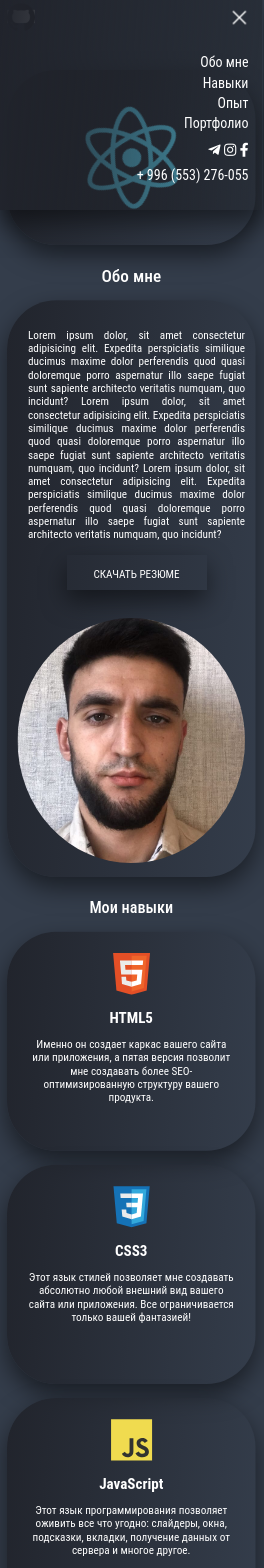
Repository: aligadzhiev0595/my-portfolio
Page: index.html
An editor plug-in stored every save of this project. The page is shown before and after the next save, followed by the edit.
The browser window is 375 px wide. The page is 377 px wide, so the pictures cover 377 px, including what lies to the right of the window. The pictures show the part of the page from y = 0 to 2240 px (the page is 5534 px tall), at 70% of full size.
After loading, the first visible `div.burger` was clicked once.
The style sheet was rebuilt from its Sass, Less or Tailwind sources for each picture, by a compiler version that may differ from the author's.

Above is the page before, as saved 2021-05-09 23:25:47.
Console error: TypeError: Cannot read properties of null (reading 'classList')

### index.html
<!DOCTYPE html>
<html lang="en">

<head>
  <meta charset="UTF-8">
  <meta name="viewport" content="width=device-width, initial-scale=1.0">
  <link rel="icon" href="./favicon-32x32.png" type="image/x-icon">
  <link rel="stylesheet" href="./src/css/style.css">
  <title>Portfolio</title>
</head>

<body data-mdb-spy="scroll" data-mdb-target="#scrollspy" data-mdb-offset="0">

  <header class="header fixed-top">
    <div class="container">
      <a href="https://github.com/hopetodie" class="header__brand" target="_blank">
        <img class="header__img" src="./src/image/header/GitHub-Mark-32px.png" alt="brand img-fluid">
      </a>
      <nav id="scrollspy" class="nav">
        <ul class="nav__list">
          <li class="nav__item">
            <a class="nav__link" href="#about-me">Обо мне</a>
          </li>
          <li class="nav__item">
            <a class="nav__link" href="#skills">Навыки</a>
          </li>
          <li class="nav__item">
            <a class="nav__link" href="#experience">Опыт</a>
          </li>
          <li class="nav__item">
            <a class="nav__link" href="#portfolio">Портфолио</a>
          </li>
        </ul>
        <ul class="nav__list flex-row justify-content-end">
          <li class="nav__item">
            <a class="nav__link" href="https://t.me/hopetodiex" target="_blank"><i
                class="fab fa-telegram-plane"></i></a>
          </li>
          <li class="nav__item">
            <a class="nav__link" href="https://www.instagram.com/ali.gadjiev05" target="_blank"><i
                class="fab fa-instagram"></i></a>
          </li>
          <li class="nav__item">
            <a class="nav__link" href="https://www.facebook.com/" target="_blank"><i class="fab fa-facebook-f"></i></a>
          </li>
        </ul>
        <a class="nav__phone text-end" href="tel:996553276055">+ 996 (553) 276-055 </a>
      </nav>
      <div class="burger">
        <span class="burger__line"></span>
      </div>
    </div>
  </header>
  <main>
    <section class="react-animation">
      <div class="container">
        <div class="row">
          <div class="col">
            <div class="wrapper">
              <img class="wrapper__logo" src="./src/image/react/logo.svg" alt="">
            </div>
          </div>
          <div class="col">
            <div class="wrapper">
              <img class="wrapper__logo" src="./src/image/react/logo.svg" alt="">
            </div>
          </div>
          <div class="col">
            <div class="wrapper">
              <img class="wrapper__logo" src="./src/image/react/logo.svg" alt="">
            </div>
          </div>
          <div class="col">
            <div class="wrapper">
              <img class="wrapper__logo" src="./src/image/react/logo.svg" alt="">
            </div>
          </div>
        </div>
      </div>
    </section>
    <section class="about-me" id='about-me'>
      <div class="container">
        <h2 class="about-me__title">Обо мне</h2>
        <div class="about-me__block">
          <div class="wrapper1 wrapper">

            <p class="wrapper__subtitle">
              Lorem ipsum dolor, sit amet consectetur adipisicing elit. Expedita perspiciatis similique ducimus maxime
              dolor perferendis quod quasi doloremque porro aspernatur illo saepe fugiat sunt sapiente architecto
              veritatis numquam, quo incidunt?
              Lorem ipsum dolor, sit amet consectetur adipisicing elit. Expedita perspiciatis similique ducimus maxime
              dolor perferendis quod quasi doloremque porro aspernatur illo saepe fugiat sunt sapiente architecto
              veritatis numquam, quo incidunt?
              Lorem ipsum dolor, sit amet consectetur adipisicing elit. Expedita perspiciatis similique ducimus maxime
              dolor perferendis quod quasi doloremque porro aspernatur illo saepe fugiat sunt sapiente architecto
              veritatis numquam, quo incidunt?

            </p>
            <a class="wrapper__btn mybtn" href="./src/image/resume/Resume.pdf" download>скачать резюме</a>
          </div>
          <div class="wrapper2 wrapper">
            <div class="wrapper__img">
              <img class="img" src="./src/image/about-me/E3rtKXwRQ_w.jpeg" alt="leo its me">
            </div>
          </div>

        </div>
      </div>
    </section>
    <section class="skills" id='skills'>
      <div class="container">
        <h3 class="skills__title">Мои навыки</h3>
        <div class="row">
          <div class="col col-sm-12 col-md-4 col-lg-4 col-xl-4 hover-zoom">
            <div class="wrapper">
              <img class="wrapper__img" src="./src/image/skills/html.svg" alt="">
              <h4 class="wrapper__title">HTML5</h4>
              <p class="wrapper__subtitle">Именно он создает каркас вашего сайта или приложения, а пятая версия позволит
                мне создавать более SEO-оптимизированную структуру вашего продукта.</p>
            </div>
          </div>
          <div class="col col-sm-12 col-md-4 col-lg-4 col-xl-4 hover-zoom">
            <div class="wrapper">
              <img class="wrapper__img" src="./src/image/skills/css3.svg" alt="">
              <h4 class="wrapper__title">CSS3</h4>
              <p class="wrapper__subtitle">Этот язык стилей позволяет мне создавать абсолютно любой внешний вид вашего
                сайта или приложения. Все ограничивается только вашей фантазией!</p>
            </div>
          </div>
          <div class="col col-sm-12 col-md-4 col-lg-4 col-xl-4 hover-zoom">
            <div class="wrapper">
              <img class="wrapper__img" src="./src/image/skills/javascript.svg" alt="">
              <h4 class="wrapper__title">JavaScript</h4>
              <p class="wrapper__subtitle">Этот язык программирования позволяет оживить все что угодно: слайдеры, окна,
                подсказки, вкладки, получение данных от сервера и многое другое.</p>
            </div>
          </div>
          <div class="col col-sm-12 col-md-4 col-lg-4 col-xl-4 hover-zoom">
            <div class="wrapper">
              <img class="wrapper__img" src="./src/image/skills/jquery.svg" alt="">
              <h4 class="wrapper__title">jQuery</h4>
              <p class="wrapper__subtitle">Библиотека Jquery позволит ускорить разработку. Без необходимости
                интегрировать в проект мы её не будем, но навык работы с ней присутствует.</p>
            </div>
          </div>
          <div class="col col-sm-12 col-md-4 col-lg-4 col-xl-4 hover-zoom">
            <div class="wrapper">
              <img class="wrapper__img" src="./src/image/skills/react.svg" alt="">
              <h4 class="wrapper__title">React</h4>
              <p class="wrapper__subtitle">Это декларативная, эффективная и гибкая JavaScript библиотека для создания
                пользовательских интерфейсов. Она позволяет вам собирать сложный UI из маленьких изолированных кусочков
                кода, называемых «компонентами».</p>
            </div>
          </div>
          <div class="col col-sm-12 col-md-4 col-lg-4 col-xl-4 hover-zoom">
            <div class="wrapper">
              <img class="wrapper__img" src="./src/image/skills/redux.svg" alt="">
              <h4 class="wrapper__title">Redux</h4>
              <p class="wrapper__subtitle">Это способ управления состоянием приложения. Она основана на нескольких
                концепциях, изучив которые, можно с лёгкостью решать проблемы с состоянием.</p>
            </div>
          </div>
        </div>
      </div>
    </section>
    <section class="experience" id='experience'>
      <div class="container">
        <h3 class="experience__title">Мой опыт</h3>
        <div class="row">
          <div class="col-12 col-sm-12 col-md-4 col-lg-4 col-xl-4 ">
            <div class="wrapper exp">
              <div class="wrapper__percent">
                <svg class="wrapper__svg">
                  <circle class="wrapper__svg-circle" cx='70' cy='70' r='70'></circle>
                  <circle class="wrapper__svg-circle" cx='70' cy='70' r='70'></circle>
                </svg>
                <div class="wrapper__number">
                  <h4 class="wrapper__titleH"> <span class="wrapper__span">%</span></h4>
                </div>
              </div>

              <div class="wrapper__text">
                <h5 class="wrapper__subtitleH">HTML5</h5>
              </div>
            </div>
          </div>
          <div class="col-12 col-sm-12 col-md-4 col-lg-4 col-xl-4">
            <div class="wrapper">
              <div class="wrapper__percent">
                <svg class="wrapper__svg">
                  <circle class="wrapper__svg-circleC" cx='70' cy='70' r='70'></circle>
                  <circle class="wrapper__svg-circleC" cx='70' cy='70' r='70'></circle>
                </svg>
                <div class="wrapper__number">
                  <h4 class="wrapper__titleC"> <span class="wrapper__span">%</span></h4>
                </div>
              </div>

              <div class="wrapper__text">
                <h5 class="wrapper__subtitleC">CSS3</h5>
              </div>
            </div>
          </div>
          <div class="col-12 col-sm-12 col-md-4 col-lg-4 col-xl-4">
            <div class="wrapper">
              <div class="wrapper__percent">
                <svg class="wrapper__svg">
                  <circle class="wrapper__svg-circleJs" cx='70' cy='70' r='70'></circle>
                  <circle class="wrapper__svg-circleJs" cx='70' cy='70' r='70'></circle>
                </svg>
                <div class="wrapper__number">
                  <h4 class="wrapper__titleJs"><span class="wrapper__span">%</span></h4>
                </div>
              </div>

              <div class="wrapper__text">
                <h5 class="wrapper__subtitleJs">jS</h5>
              </div>
            </div>
          </div>
          <div class="col-12 col-sm-12 col-md-4 col-lg-4 col-xl-4">
            <div class="wrapper">
              <div class="wrapper__percent">
                <svg class="wrapper__svg">
                  <circle class="wrapper__svg-circleJ" cx='70' cy='70' r='70'></circle>
                  <circle class="wrapper__svg-circleJ" cx='70' cy='70' r='70'></circle>
                </svg>
                <div class="wrapper__number">
                  <h4 class="wrapper__titleJ"><span class="wrapper__span">%</span></h4>
                </div>
              </div>

              <div class="wrapper__text">
                <h5 class="wrapper__subtitleJ">jQuery</h5>
              </div>
            </div>
          </div>
          <div class="col-12 col-sm-12 col-md-4 col-lg-4 col-xl-4">
            <div class="wrapper">
              <div class="wrapper__percent">
                <svg class="wrapper__svg">
                  <circle class="wrapper__svg-circleR" cx='70' cy='70' r='70'></circle>
                  <circle class="wrapper__svg-circleR" cx='70' cy='70' r='70'></circle>
                </svg>
                <div class="wrapper__number">
                  <h4 class="wrapper__titleR"><span class="wrapper__span">%</span></h4>
                </div>
              </div>

              <div class="wrapper__text">
                <h5 class="wrapper__subtitleR">React</h5>
              </div>
            </div>
          </div>
          <div class="col-12 col-sm-12 col-md-4 col-lg-4 col-xl-4">
            <div class="wrapper">
              <div class="wrapper__percent">
                <svg class="wrapper__svg">
                  <circle class="wrapper__svg-circleRe" cx='70' cy='70' r='70'></circle>
                  <circle class="wrapper__svg-circleRe" cx='70' cy='70' r='70'></circle>
                </svg>
                <div class="wrapper__number">
                  <h4 class="wrapper__titleRe"><span class="wrapper__span">%</span></h4>
                </div>
              </div>

              <div class="wrapper__text">
                <h5 class="wrapper__subtitleRe">Redux</h5>
              </div>
            </div>
          </div>
        </div>
      </div>
    </section>
    <section class="portfolio" id='portfolio'>
      <div class="container">
        <h2 class="portfolio__title">Мои работы</h2>
        <div id="carousel2">
          <figure id="spinner">
            <a href="https://hopetodie.github.io/store/" target="_blank">
              <img src="./src/image/portfolio/run.webp" alt="">
            </a>
            <a href="https://hopetodie.github.io/Game-store/" target="_blank">
              <img class="portfolio-carousel-item__img" src="./src/image/portfolio/game.webp" alt="">
            </a>
            <a href="https://hopetodie.github.io/carsharing/" target="_blank">
              <img class="portfolio-carousel-item__img" src="./src/image/portfolio/car.webp" alt="">
            </a>
            <a href="https://hopetodie.github.io/IT-studio/" target="_blank">
              <img class="portfolio-carousel-item__img" src="./src/image/portfolio/it.webp" alt="">
            </a>
            <a href="https://hopetodie.github.io/Cubaa/" target="_blank">
              <img class="portfolio-carousel-item__img " src="./src/image/portfolio/kubat.webp" alt="">
            </a>
            <a href="https://hopetodie.github.io/Game-store/" target="_blank">
              <img class="portfolio-carousel-item__img" src="./src/image/portfolio/game.webp" alt="">
            </a>
            <a href="https://hopetodie.github.io/store/" target="_blank">
              <img src="./src/image/portfolio/run.webp" alt="">
            </a>
            <a href="https://hopetodie.github.io/carsharing/" target="_blank">
              <img class="portfolio-carousel-item__img" src="./src/image/portfolio/car.webp" alt="">
            </a>


          </figure>
        </div>
        <span style="float:left" class="ss-icon" onclick="galleryspin('-')">&lt;</span>
        <span style="float:right" class="ss-icon" onclick="galleryspin('')">&gt;</span>
      </div>
    </section>
    <section class="carousel">
      <div class="container">
        <h2 class="carousel__title">Мои работы</h2>
        <div class="flex-wrapper">
          <div class="slider-wrapper">
            <div class="slide active">
              <a href="https://hopetodie.github.io/store/" target="_blank">
                <img src="./src/image/portfolio/run.webp" alt="">
              </a>
            </div>
            <div class="slide">
              <a href="https://hopetodie.github.io/Game-store/" target="_blank">
                <img class="portfolio-carousel-item__img" src="./src/image/portfolio/game.webp" alt="">
              </a>
            </div>
            <div class="slide">
              <a href="https://hopetodie.github.io/carsharing/" target="_blank">
                <img class="portfolio-carousel-item__img" src="./src/image/portfolio/car.webp" alt="">
              </a>
            </div>
            <div class="slide">
              <a href="https://hopetodie.github.io/IT-studio/" target="_blank">
                <img class="portfolio-carousel-item__img" src="./src/image/portfolio/it.webp" alt="">
              </a>
            </div>
            <div class="slide">
              <a href="https://hopetodie.github.io/Cubaa/" target="_blank">
                <img class="portfolio-carousel-item__img " src="./src/image/portfolio/kubat.webp" alt="">
              </a>
            </div>
            <div id="btn-prev"></div>
            <div id="btn-next"></div>
          </div>
        </div>
        <div class="dots-wrapper">
          <span class="dot active"></span>
          <span class="dot"></span>
          <span class="dot"></span>
          <span class="dot"></span>
          <span class="dot"></span>
        </div>
      </div>
    </section>
  </main>
  <footer class="footer">
    <span> © Все права защищены</span>
  </footer>
  <script src="./src/libs/jquery/jquery.min.js"></script>
  <script src="./src/libs/mdb-ui-kit/js/mdb.min.js"></script>
  <script src="./src/js/main.js"></script>
</body>

</html>

### src/css/style.scss
@import url(../libs/mdb-ui-kit/css/mdb.min.css);
@import url(../libs/fontawesome/css/all.min.css);


body {
  background: rgb(52, 61, 75);
  color: #1B1818;
  font-weight: 400;
  font-size: 16px;
  line-height: 19px;
  font-family: 'Roboto Condensed', sans-serif;
  // font-family: 'Fire Sans', sans-serif;
}
  .container {
    max-width: 1220px;
    padding: 0 10px;
    margin: 0 auto;
}
a {
  text-decoration: none;
}
li {
  list-style: none;
}

*{
    margin: 0;
    padding: 0;
    box-sizing: border-box;
}


@import '../scss/variables';
@import '../scss/header';
@import '../scss/react-animation';
@import '../scss/about-me';
@import '../scss/skills';
@import '../scss/experience';
@import '../scss/portfolio';
@import '../scss/carousel';
@import '../scss/footer';
@import '../scss/media';

### src/scss/_variables.scss
.mybtn{
    display: block;
    outline: none;
    border:1px solid transparent;
    user-select: none;
    background-color: transparent ;
    text-align: center;
    vertical-align: middle;
    cursor: pointer;
}

### src/scss/_header.scss
.header {
    padding: 5px 0;
    transition:  0.6s ease;
    &_sticky{
        background: rgb(52, 61, 75);
        box-shadow: 0 15px 35px rgba(0, 0, 0, 0.5);
        transition: 0.6s ease;
    }
    &__brand {
        width: 50px;
        height: 50px;
        background: #fff;

        &:hover{
            -webkit-box-shadow: 0px 0px 101px 1px rgba(130,217,249,1);
            -moz-box-shadow: 0px 0px 101px 1px rgba(130,217,249,1);
            box-shadow: 0px 0px 101px 1px rgba(130,217,249,1);
            background: rgba(130,217,249,1);
        }
    }
    &__img {

        width: 40px;
        height: 40px;
    }
    .nav {

        width: 100%;
        max-width: 1220px;
        display: flex;
        justify-content: space-between;
        &__list {
            display: flex;
            margin-bottom: 0;
        }

        &__item {
            margin-right: 15px;

            &:last-child {
                margin-right: 0;
            }
        }

        &__link {
            color: #fff;
            &:hover{
                color: rgba(130,217,249,1);
            }
        }

        &__phone {
            color: #fff;

            &:hover{
                color: rgba(130,217,249,1);
            }
        }
    }
}

### src/scss/_react-animation.scss
.react-animation{
    padding-top: 100px;
    padding-bottom: 30px;
    .row{
      .col{
        .wrapper{
          box-shadow: 0 15px 35px rgba(0, 0, 0, 0.5);
          background: linear-gradient(95deg, rgb(33, 36, 44) 0%, rgba(15, 15, 16, 0) 100%);
        border-radius: 70px;
          text-align: center;
          &__logo {
            width: 250px;
            height: 250px;
            animation: React infinite 20s linear;
          }

          @keyframes React {
            from {
              transform: rotate(0deg);
            }
            to {
              transform: rotate(360deg);
            }
          }
        }
      }
    }
}

### src/scss/_skills.scss
.skills {
    padding-bottom: 50px;
    &__title{
        color: #fff;
        text-align: center;
        margin-bottom: 20px;
    }
            .wrapper {
                min-height: 313px;
                background: linear-gradient(95deg, rgb(33, 36, 44) 0%, rgba(15, 15, 16, 0) 100%);
                margin-bottom: 20px;
                box-shadow: 0 15px 35px rgba(0,0,0,0.5);
                border-radius: 70px;

                &:hover{
                    -webkit-box-shadow: 0px 0px 101px 1px rgba(130,217,249,1);
                    -moz-box-shadow: 0px 0px 101px 1px rgba(130,217,249,1);
                    box-shadow: 0px 0px 101px 1px rgba(130,217,249,1);
                }
                padding: 30px;
                &__img {
                    width: 60px;
                    height: 60px;

                    &:hover {
                        transform: scale(1.25);
                        transition: all .5s;
                    }
                }

                &__title {
                    color: #fff;
                    font-weight: bold;
                    margin-top: 20px;
                }

                &__subtitle {
                    color: #fff;
                    margin-top: 15px;
                    text-align: left;
                }
            }
        }

### src/scss/_carousel.scss
.carousel{
    display: none;
    &__title {
        padding-bottom: 20px;
        color: #fff;
        text-align: center;
    }
    .flex-wrapper{
        width: 100%;
        display: flex;
        justify-content: center;
        box-shadow: 0 15px 35px rgba(0, 0, 0, 0.5);
        border-radius: 70px;
        background: linear-gradient(95deg, rgb(33, 36, 44) 0%, rgba(15, 15, 16, 0) 100%);
    }
    .slider-wrapper{
        max-width: 800px;
        width: 100%;
        height: 490px;
        position: relative;
        box-shadow: 10px 10px 44px -10px rgba(0, 0, 0, 0.75);
    }
    #btn-prev, #btn-next{
        position: absolute;
        left: 0;
        top: 0;
        height: 100%;
        width: 50px;
        background: gray;
        opacity: 0.4;
        cursor: pointer;
        transition: opacity .2s ease-in-out;
    }
    #btn-prev{
        &:hover{
            opacity: 0.6;
        }
    }
    #btn-next{
        left: auto;
        right: 0;
        &:hover{
            opacity: 0.6;
        }
    }
    .slide{
        width: 100%;
        height: 100%;
        display: none;
    }
    .slide.active{
        display: block;
    }
    img{
        width: 100%;
        height: 100%;
    }
    .dots-wrapper{
        display: flex;
        justify-content: center;
        margin-top: 15px;
    }
    .dot.active{
        background: rgba(130,217,249,1);
    }
    span{
        width: 15px;
        height: 15px;
        border-radius: 50%;
        background: gray;
        margin-right: 10px;
        cursor: pointer;
        &:last-child{
            margin-right: 0;
        }
    }
}

### src/scss/_footer.scss
.footer{
    margin-top: 70px;
    width: 100%;
    display: flex;
    justify-content: center;
    align-items: center;
    height: 50px;
    box-shadow: 0 15px 35px rgba(0, 0, 0, 0.5);
    color: #fff;
  }

### src/scss/_media.scss
@media (max-width: 576px) {
    .container {
        max-width: 576px;
        width: 100%;
        margin: 0 auto;
    }

    .header {
        &__brand {
            z-index: 1000;
        }

        .nav {
            opacity: 0;
            position: absolute;
            right: 0;
            top: 0;
            transform: translateY(-50%);
            padding-top: 60px;
            padding-right: 20px;
            background: linear-gradient(95deg, rgb(33, 36, 44) 0%, rgba(15, 15, 16, 0.3) 100%);
            box-shadow: 0 15px 35px rgba(0, 0, 0, 0.5);
            width: 100%;
            height: 300px;
            padding-bottom: 40px;
            font-size: 20px;
            transition: all 1s ease;

            &.active {
                opacity: 1;
                display: flex;
                flex-direction: column;
                transform: translateY(0);
                transition: all 1s ease;

            }

            &__list {
                display: flex;
                flex-direction: column;
                width: 100%;
                align-items: flex-end;
                column-gap: 5px;

                &:first-child {
                    padding-top: 20px;
                }
            }

            &__link {}

            &__item {
                margin-right: 0;
                // &:not(:last-child){
                //     margin-bottom: 10px;
                // }
                margin-bottom: 10px;
            }

            &__phone {
                text-align: end;
            }


        }

        .burger {
            position: fixed;
            top: 25px;
            transform: translateY(-50%);
            right: 20px;
            width: 26px;
            height: 26px;
            display: flex;
            align-items: center;
            cursor: pointer;

            &.active {
                .burger__line {
                    background: none;

                    &::before {
                        transform: rotate(135deg);
                        top: 0;
                    }

                    &::after {
                        transform: rotate(45deg);
                        bottom: 0;
                    }
                }
            }

            &__line {
                position: relative;
                width: 30px;
                height: 2px;
                background: #fff;

                &::before {
                    content: '';
                    position: absolute;
                    width: 100%;
                    height: 100%;
                    background: #fff;
                    top: 8px;
                    left: 0;
                    transition: .25s;
                }

                &::after {
                    content: '';
                    position: absolute;
                    width: 100%;
                    height: 100%;
                    background: #fff;
                    bottom: 8px;
                    left: 0;
                    transition: .25s;
                }
            }
        }

    }

    .react-animation {
        .col {
            &:nth-child(1) {
                display: none;
            }

            &:nth-child(2) {
                display: none;
            }

            &:nth-child(3) {
                display: none;
            }
        }

    }

    .about-me {
        padding-bottom: 30px;

        &__block {
            .wrapper {
                width: 100%;

                &2 {
                    margin-top: 40px;
                }
            }

        }
    }

    .portfolio {
        display: none;

        &__title {
            padding-bottom: 10px;
        }

        div#carousel2 {
            perspective: 1200px;
            box-shadow: 0 15px 35px rgba(0, 0, 0, 0.5);
            background: linear-gradient(95deg, rgb(33, 36, 44) 0%, rgba(15, 15, 16, 0) 100%);
            padding-top: 15%;
            font-size: 0;
            margin-bottom: 3rem;
            overflow: hidden;
            border-radius: 70px;

        }

        figure#spinner img {
            width: 60%;
            height: 70%;
            max-width: 425px;
            position: absolute;
            left: 22%;
            top: 10%;
            transform-origin: 50% 50% -500px;
            outline: 1px solid transparent;
        }
    }

    .carousel {
        display: block;

        &__title {
            padding-bottom: 10px;
        }

        .slider-wrapper {
            height: 200px;
        }
    }

    .skills {
        padding-bottom: 20px;

        .wrapper {
            padding: 30px;

            &__img {
                width: 60px;
                height: 60px;
                margin-left: 40%;

                &:hover {
                    transform: scale(1.25);
                    transition: all .5s;
                }
            }

            &__title {
                color: #fff;
                font-weight: bold;
                margin-top: 20px;
                text-align: center;
            }

            &__subtitle {
                color: #fff;
                margin-top: 15px;
                text-align: center;
            }
        }
    }

    .experience {
        padding-bottom: 25px;
    }
}

Loaded but not shown: src/libs/jquery/jquery.min.js (library); src/libs/mdb-ui-kit/js/mdb.min.js (library); src/libs/mdb-ui-kit/css/mdb.min.css (library); src/libs/fontawesome/css/all.min.css (library); src/js/main.js (97 lines, source omitted); src/scss/_experience.scss (419 lines, source omitted); src/scss/_about-me.scss (79 lines, source omitted); src/scss/_portfolio.scss (111 lines, source omitted)

After the next save:
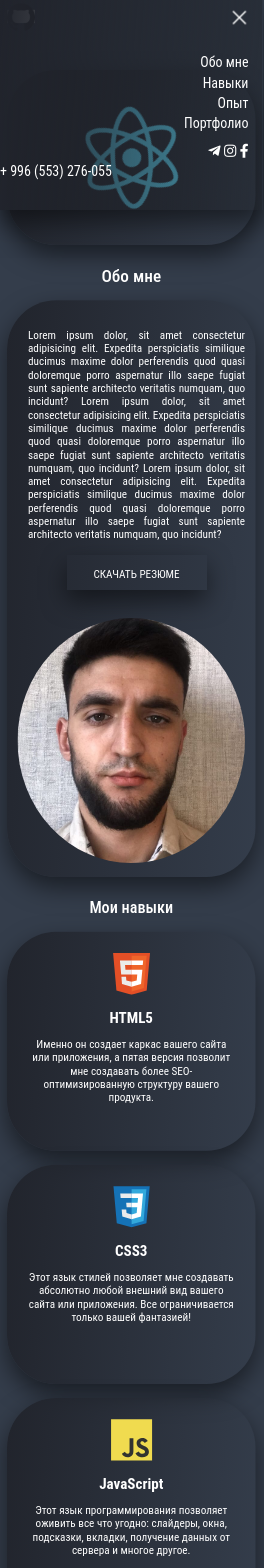
Saved 76 s later.
--- a/src/scss/_media.scss
+++ b/src/scss/_media.scss
@@ -29,7 +29,7 @@
             &.active {
                 opacity: 1;
                 display: flex;
-                flex-direction: column;
+                // flex-direction: column;
                 transform: translateY(0);
                 transition: all 1s ease;
 
